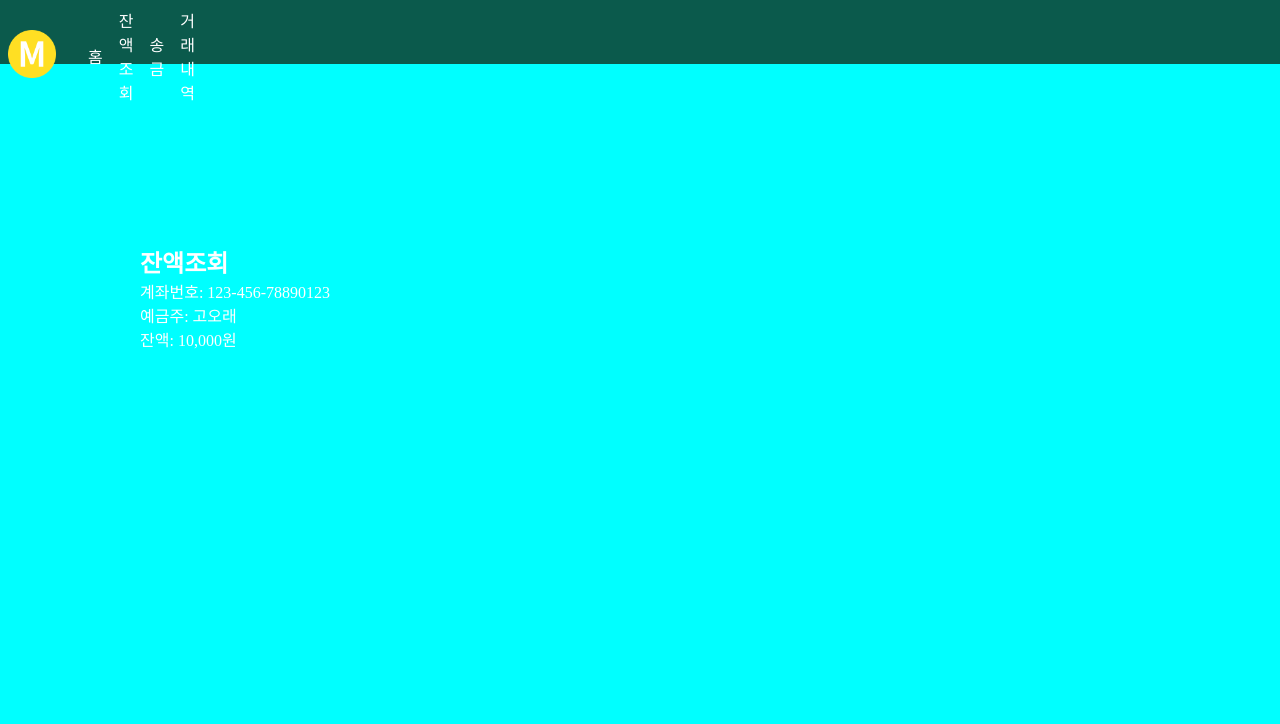
Repository: JiNookk/makaobank
Page: week06/makaoBank/amount.html
These files come from the project's save history. The page is drawn as it stood at one moment and after the next save; the edit follows.
The browser window is 1280 px wide. The pictures show the whole page.

Above is the page before, as saved 2022-09-13 16:52:51.

### week06/makaoBank/amount.html
<!DOCTYPE html>
<html lang="ko">
    <head>
        <meta charset="UTF-8">
        <title>마카오 뱅크</title>
        <!-- <link rel="favicon for makaoBank" href="./resources/logo.png"> favicon나중에 넣어보기-->
        <link rel="stylesheet" href="./css/reset.css">
        <link rel="stylesheet" href="./css/layout.css">
        <link rel="stylesheet" href="./css/elements.css">
    </head>
    <body>
        <header>
            <section >
                <nav id="nav-item-container">
                    <a href="./index.html">
                        <img id="home-logo" alt="makaoBank home Button" src="./resources/logo.png">
                    </a>
                    <a href="./index.html">홈</a>
                    <a href="./amount.html">잔액조회</a>
                    <a href="./transfer.html">송금</a>
                    <a href="./transaction.html">거래내역</a>                 </nav>
            </section>

        </header>
        <main>
            <section>
                <h1>잔액조회</h1>
                <p>계좌번호: 123-456-78890123</p>
                <p>예금주: 고오래</p>
                <p>잔액: 10,000원</p>
             </section>
        </main>
    </body>
</html>

### week06/makaoBank/css/reset.css
* {
    box-sizing: border-box;
    margin: 0px;
    padding: 0px;
}

### week06/makaoBank/css/layout.css
body{
    display: grid;
    grid: 4rem 180px 300px 180px / 1fr 500px 500px 1fr;

    grid-template-areas:
    "header header header header"
    ". . . ."
    ". main main ."
    ". . . .";

    color: white;
    background-color: aqua;
}

header{
    grid-column-start: span 4;
    grid-area:header;

    display: grid;
    grid-template-columns: 1fr 500px 500px 1fr;

    height: 4rem;
    background-color: rgb(11,90,76);
}

nav{
    grid-column-start: 2;
    grid-row-start: 1;
}

nav *{
    margin-right: 1rem;
}

main{
    grid-area: main;
}

aside{
    grid-area: aside;
}

### week06/makaoBank/css/elements.css
/* aside>div{
    background-image: url("../resources/saving.png");
    width: 100%;
    height: 100%;
} */

a{
    color: white;
    text-decoration: none;
}

#nav-item-container{
    display: flex;

    align-items: center;

    padding: .5rem;
}

#home-items-container{
    display: flex;
}

#home-logo{
    height: 3rem;
}

#home-description{
    font-size: 1.8rem;

    display: flex;
    flex-direction: column;
    align-items: center;

    width: 500px;
}

#home-description button{
    font-size: .6rem;

    justify-self: center;
    margin: .3rem;
    margin-top: 3rem;

    background-color: rgb(11,90,76);
    color: white;

    width: 160px;
    height: 65px;

    border-radius: 2.3rem;
}

#saving-image{
    width: 72vh;
    height: 40vh;
}

After the next save:
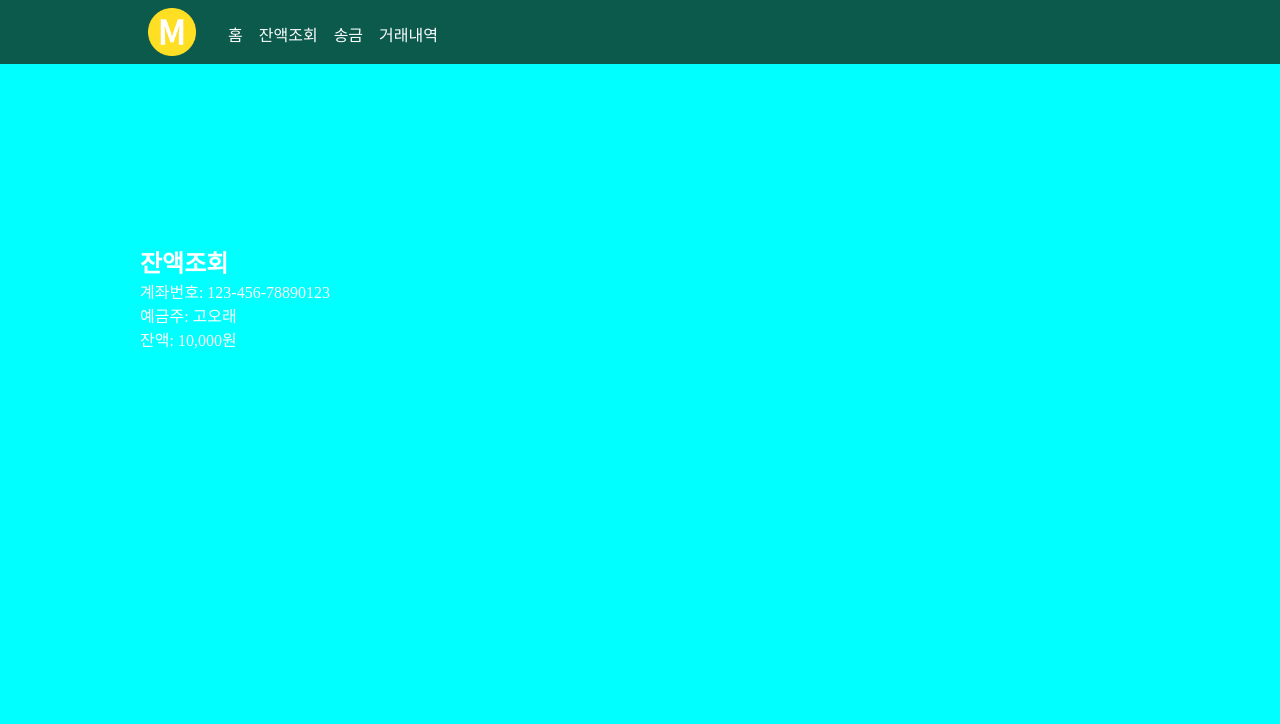
Saved 3 min 48 s later.
--- a/week06/makaoBank/amount.html
+++ b/week06/makaoBank/amount.html
@@ -10,17 +10,15 @@
     </head>
     <body>
         <header>
-            <section >
-                <nav id="nav-item-container">
-                    <a href="./index.html">
-                        <img id="home-logo" alt="makaoBank home Button" src="./resources/logo.png">
-                    </a>
-                    <a href="./index.html">홈</a>
-                    <a href="./amount.html">잔액조회</a>
-                    <a href="./transfer.html">송금</a>
-                    <a href="./transaction.html">거래내역</a>                 </nav>
-            </section>
-
+            <nav id="nav-item-container">
+                <a href="./index.html">
+                    <img id="home-logo" alt="makaoBank home Button" src="./resources/logo.png">
+                </a>
+                <a href="./index.html">홈</a>
+                <a href="./amount.html">잔액조회</a>
+                <a href="./transfer.html">송금</a>
+                <a href="./transaction.html">거래내역</a>
+            </nav>
         </header>
         <main>
             <section>
